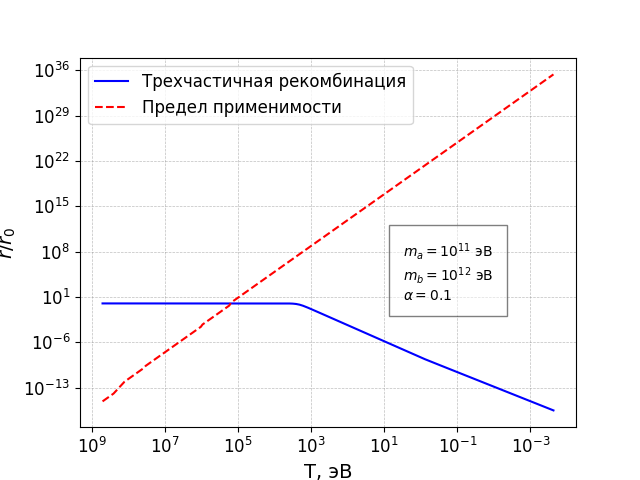
Repository: impermast/recombination
Script's output: python raschet/rec.py
The author's editor kept a copy of each file at every save. The script's output is drawn from the files as they stood at one save, then again after the next save.
Random numbers start from a fixed seed.

Above is the script's output before, as saved 2023-05-17 15:39:01.

### raschet/rec.py

from math import gamma as Gamma
import numpy as np
from numpy import sqrt as sqrt
import matplotlib.pyplot as plt
from matplotlib import colors,ticker
from scipy import integrate
import seaborn as sns
import pandas as pd


#LOGIC -- 1 download data, else generate new
logic = 10
err=10**(-2)
#consts
#E ~ eV
ma = 100*10**9 #ev
mb = 1*10**12 #ev
alpha = 1/10 #none

beta = 14/5
sigma = 8*np.pi*(alpha/ma)**2/3
r0 = 4.7*10**(-13) #r T_rec
T0 = 2.35*10**(-4) #our time
m_pl = 1.22*10**(19+9) #plank mass ev
h_md = 3.08*10**(-14)  #from artile
t_rm = 1.2             #time of rd md transition
t_mod = 4.4*10**(17+16)/(6.582) #
I = ma*alpha*alpha/2 #ev Ionisation potential
mu = ma*mb/(ma+mb)  #reduced weight
s0 = (4*np.pi)**(2/5) *np.pi* (alpha/mu)**2 #coef in kramers
kappa = 43/345
B = alpha*mu/2
Ta = 0.2*10**6*(ma/(100*10**9))**(3/2)*(1/(100*alpha))
Tny = Ta*kappa**(-1/3)/sqrt(np.pi)

def g_s(T):
    return 2+2*8*(T>200*10**6)+ 7/8*(2*2*(T>0.5/3*10**6))+ 2*2*(T>100/3*10**6) + 2*2*(T>2/3*10**9) + 2*1*3*(T>=10**6)+2*1*3*4/11*(T<10**6)+ 2*2*3*2*(T>200*10**6) + 2*2*3*(T>200*10**6) + 2*2*3*(T>1.8/3*10**9) + 2*2*3*(T>4.5/3*10**9)+ 7/8*2*2*3*(T>171/3*10**9)
def g_e(T):
    return 2+2*8*(T>200*10**6)+ 7/8*(2*2*(T>0.5/3*10**6))+ 2*2*(T>100/3*10**6) + 2*2*(T>2/3*10**9) + 2*1*3*(T>=10**6)+ 2*1*3*(4/11)**(4/3)*(T<10**6)+ 2*2*3*2*(T>200*10**6) + 2*2*3*(T>200*10**6) + 2*2*3*(T>1.8/3*10**9) + 2*2*3*(T>4.5/3*10**9)+ 7/8*2*2*3*(T>171/3*10**9)


def H(t):
    # Hubble const on RD and MD from temperature
    if t < t_rm:
        #MD
        return h_md/m_pl**(1/2)
    else:
        return 5.5*np.sqrt(g_e(t_rm)/11)/m_pl


def lim_3b(x):
    """
    Function that calculs limit on 3body recombination density

    x(list):    Temperature of O-fotons

    return list of density of unrecombined particles
    """
    r_pit = (Ta**2/(x**4)) / ((4*np.pi*alpha)**3 *r0*(2*np.pi**2*g_s(x)/45)*sqrt(ma/mb))
    return r_pit


def heatplot(df):
    # heatplot of maximal denity for different model parameters
    sns.set_theme(style="dark")
    sns.set_style("ticks")
    fig, ax = plt.subplots(figsize=(9, 6))
    sns.heatmap(df, annot=True, linewidths=.5, ax=ax, cmap='coolwarm', cbar_kws={'label': 'Значения относительной плотности'})
    ax.set(xlabel=r'$m_a$, эВ', ylabel=r'$\alpha_y$', title='Относительная плотность прорекомбинировавших частиц для различных параметров модели')
    ax.xaxis.set_major_formatter(ticker.FuncFormatter(lambda x, pos: f'$10^{{{(x-0.5):.0f}}}$'))
    ylabels = ["{:0.1f}".format(float(item.get_text()))
                for item in ax.get_yticklabels()]
    xlabels = ["$10^{%0.0f}$"%(np.log10(float(item.get_text()))) for item in ax.get_xticklabels()]
    ax.set_yticklabels(ylabels)
    ax.set_xticklabels(xlabels)
    plt.xticks(rotation=0)

    # Add contour lines
    # x = np.arange(df.shape[1])
    # y = np.arange(df.shape[0])
    # X, Y = np.meshgrid(x, y)
    # levels = np.linspace(df.values.min(), df.values.max(), 10)
    # CS = ax.contour(X + 0.5, Y + 0.5, df.values, levels, colors='k')
    # ax.clabel(CS, inline=True, fontsize=10, fmt='%1.1f')
    # plt.show()

def kriteria(alp_range,m_range):
    """
    Creation of dataframe of maximal density of recombined particles from different alpha and ma (model parameters)

    dens(list):  2D massive of density data
    alp_range(list):    1D list of parameters alpha
    m_range(list):      1D list of electron mass parameter
    krit(list):         1D list of density, that used to find point where limit and 3body recombination density are equal

    create csv file of dataframe
    """
    dens = [0]*len(alp_range)
    dens1 = []
    k=0
    for alpha in alp_range:
        for ma in m_range:
            [T,rk,r3,rc,rlim] = calc(alpha,ma,mb)
            krit=[i for i, j in zip(r3, rlim) if abs(i-j)<err and i<0.1]
            try: dens1.append(float(-np.log(krit[-1])))
            except IndexError: dens1.append(0)
        dens[k]=dens1
        dens1=[]
        print("At ",k+1,"  itteration")
        k+=1
    df = pd.DataFrame(dens, index=alp_range,columns=m_range)
    df.to_csv('data.csv')

def calc(alpha,ma,mb):
    """
    Calculates the temperature-dependent rates for various processes.

    Args:
        I (float): Initial temperature of photons.
        T0 (float): Present-day temperature of photons.
        kappa (float): Ratio of photon number density to baryon number density.
        lim_3b (function): Function that calculates the three-body rate limit.
        t_rm (float): Time of radiation-matter equality.
        alpha (float): Fine-structure constant.
        ma (float): Mass of electron.
        mb (float): Mass of baryon.
        beta (float): Power law index.
        g_s (function): Function that calculates the entropy degrees of freedom.
        s0 (float): Present-day entropy density.
        m_pl (float): Planck mass.
        mu (float): Ratio of proton mass to electron mass.

    Returns:
        list: A list containing the temperature-dependent rates for various processes.
    """
    T = [] # Temperature of photons
    z = [] #redshift
    rk = [] # r for kramerz

    #after decouple of dphoton
    i = 0
    T = [(I)]
    z = [T[i]/T0 -1]
    rk = [1] #initial r=1 Kramers case
    r3b = [1] #3body case
    rcl = [1] #classical
    rlim =[lim_3b(T[i])] #pitevski lim

    #until O-photons decouple
    while T[i]>(I/10)*kappa**(-1/3):
        i = i+1
        T = T + [T[i-1]/2]
        rk = rk + [1]
        r3b = r3b+[1]
        rcl = rcl+[1]
        rlim = rlim + [lim_3b(T[i])]
        z.append(T[i]/T0 -1)

    # until RD MD transition
    j = i
    while T[i]>t_rm:
        i=i+1
        T = T + [T[i-1]*0.9]
        z.append(T[i]/T0 -1)
        rk = rk + [(1+4.71*10**8*r0*((np.log(np.sqrt(I*Ta/T[i])))**2-(np.log(np.sqrt(I*Ta/T[j])))**2))**(-1)]
        D = (2*np.pi**2*g_s(T[i])/45)**2 * (4*np.pi*alpha)**5 * (2*np.sqrt(ma)*Ta**(9/2)/mb) / H(T[i])
        r3b = r3b + [(1+ D*2/5*r0*r0*(T[i]**(-5)-I**(-5)))**(-1/2)]

        Dcl = Gamma(2-beta/2)*g_s(T[i])*s0*m_pl*(mu*Ta)**((beta-1)/2)/ ((beta-2)*2**((beta-3)/2)*np.sqrt(45*g_s(T[j])))
        rcl = rcl + [(1+Dcl*r0*(T[i]**(2-beta)-T[j]**(2-beta)))**(-1)]
        rlim = rlim + [lim_3b(T[i])]

    #until now
    j=i
    rk_rm=rk[j]
    r3b_rm = r3b[j]
    while T[i]>T0:
        i=i+1
        T = T + [T[i-1]*0.99]
        z.append(T[i]/T0 -1)
        rk = rk + [rk_rm*(1+1.7*10**9*rk_rm*r0*(T[j]**0.5*(np.log(np.sqrt(I*Ta/T[j]))+2)-T[i]**0.5*(np.log(np.sqrt(I*Ta/T[i]))+2)))**(-1)]
        D = (2*np.pi**2*g_s(T[i])/45)**2 * (4*np.pi*alpha)**5 * (2*np.sqrt(ma)*Ta**(9/2)/mb) / H(T[i])
        r3b = r3b +[r3b_rm*(1+D*r3b_rm*r3b_rm*r0*r0* 4/9 * (T[i]**(-9/2)-T[j]**(-9/2)))**(-1/2)]
        Dcl = Gamma(2-beta/2)*g_s(T[i])*s0*m_pl*(mu*Ta)**((beta-1)/2)/ ((beta-2.5)*2**((beta-3)/2)*np.sqrt(45*g_s(T[j])))/np.sqrt(t_rm)
        rcl = rcl + [rcl[j]*(1+Dcl*rcl[j]*r0*(T[i]**(2.5-beta)-T[j]**(2.5-beta)))**(-1)]
        rlim = rlim + [lim_3b(T[i])]

    return [T,rk,r3b,rcl,rlim]


def graph(T,rk,r3,rcl,rlim):
    # graphplotter used to plot r(T) graphs
    fig, ax = plt.subplots(1,1)
    ax.plot(T,r3,'b',label ="Трехчастичная рекомбинация")
    ax.plot(T,rlim, "--r",label ="Предел применимости")
    # ax.plot(T,r2,'g', label ="Радиационная рекомбинация")
    ax.set_xlabel('T, эВ', fontsize=14)
    ax.text(3, 4,
            r'$m_a = 10^{%0.0f}$ эВ'%(np.log10(ma))+"\n"+
            r'$m_b = 10^{%0.0f}$ эВ'%(np.log10(mb))+"\n"+
            r'$\alpha = $'+repr(alpha),
            fontsize=10, bbox={'facecolor': 'white', 'alpha': 0.5, 'pad': 10})
    ax.set_ylabel(r'$r/r_0$', fontsize=14, fontweight='bold')
    ax.tick_params(labelsize=12)
    ax.grid(color='gray', linestyle='--', linewidth=0.5, alpha=0.5)
    ax.legend(fontsize=12)
    ax.invert_xaxis()
    plt.semilogx()
    plt.semilogy()
    plt.show()

def main():
    alp_range = np.logspace(-1,3,10)
    m_range = np.logspace(16,21,10)
    if logic == 1:
        try:
            df = pd.read_csv('data.csv')
        except FileNotFoundError:
            print(u'Saved data not found')
            df = kriteria(alp_range,m_range)
    elif logic == 0:
        kriteria(alp_range,m_range)
    else:
        pass


    # df = pd.read_csv('data.csv', index_col=0)
    # heatplot(df)
    # print(df)

    [T,rk,r3,rcl,rlim] = calc(alpha,ma,mb)
    graph(T,rk,r3,rcl,rlim)


main()

After the next save:
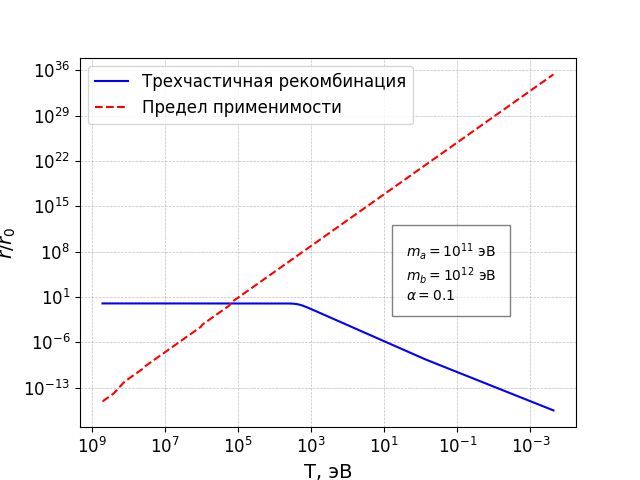
Saved 16 s later.
--- a/raschet/rec.py
+++ b/raschet/rec.py
@@ -196,7 +196,7 @@ def graph(T,rk,r3,rcl,rlim):
     ax.plot(T,rlim, "--r",label ="Предел применимости")
     # ax.plot(T,r2,'g', label ="Радиационная рекомбинация")
     ax.set_xlabel('T, эВ', fontsize=14)
-    ax.text(3, 4,
+    ax.text(2.5, 4,
             r'$m_a = 10^{%0.0f}$ эВ'%(np.log10(ma))+"\n"+
             r'$m_b = 10^{%0.0f}$ эВ'%(np.log10(mb))+"\n"+
             r'$\alpha = $'+repr(alpha),
